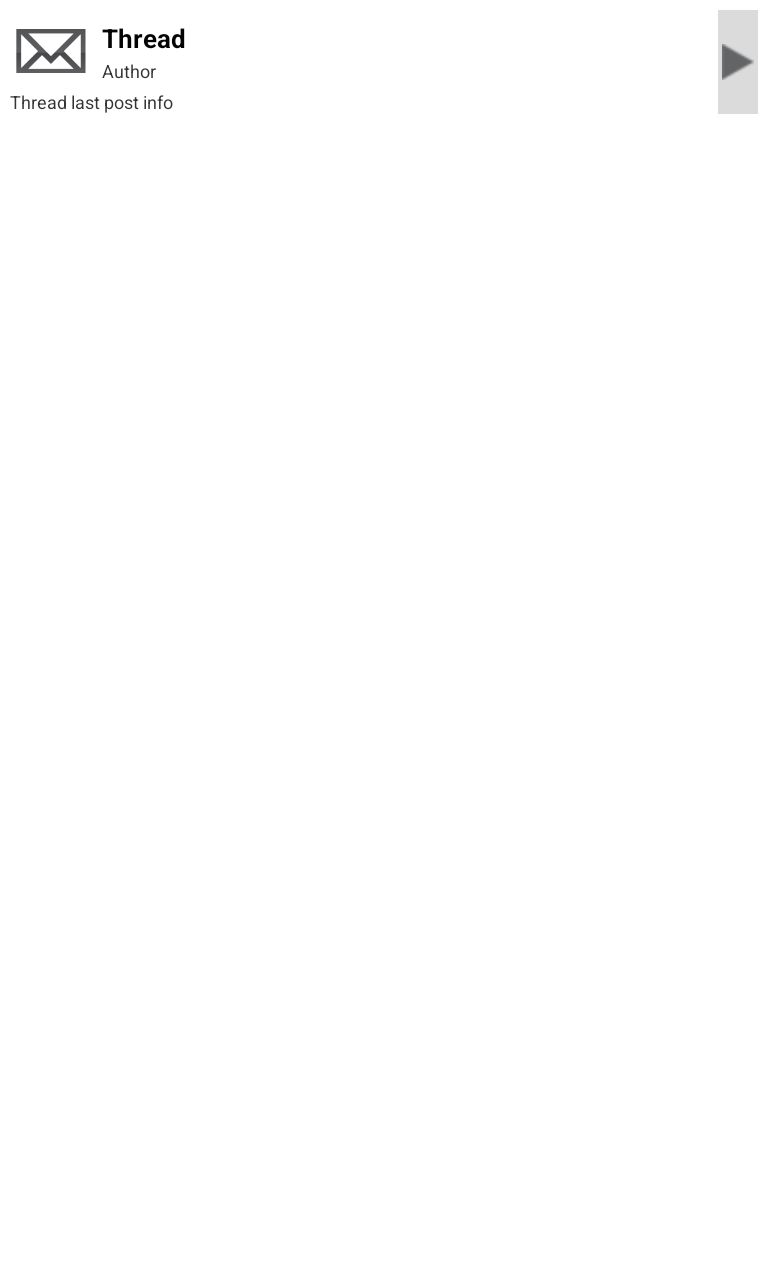
Repository: epson121/forumhr_mobile
Layout: TopicsActivity/res/layout/copy_threads_list_row.xml
An editor plug-in stored every save of this project. The layout is shown before and after the next save, followed by the edit.
It is drawn on a 768 x 1280 px phone screen (xhdpi) without system bars, with theme AppTheme; the app's code is not run.

Above is the layout before, as saved 2013-02-24 16:03:39.

After the next save:
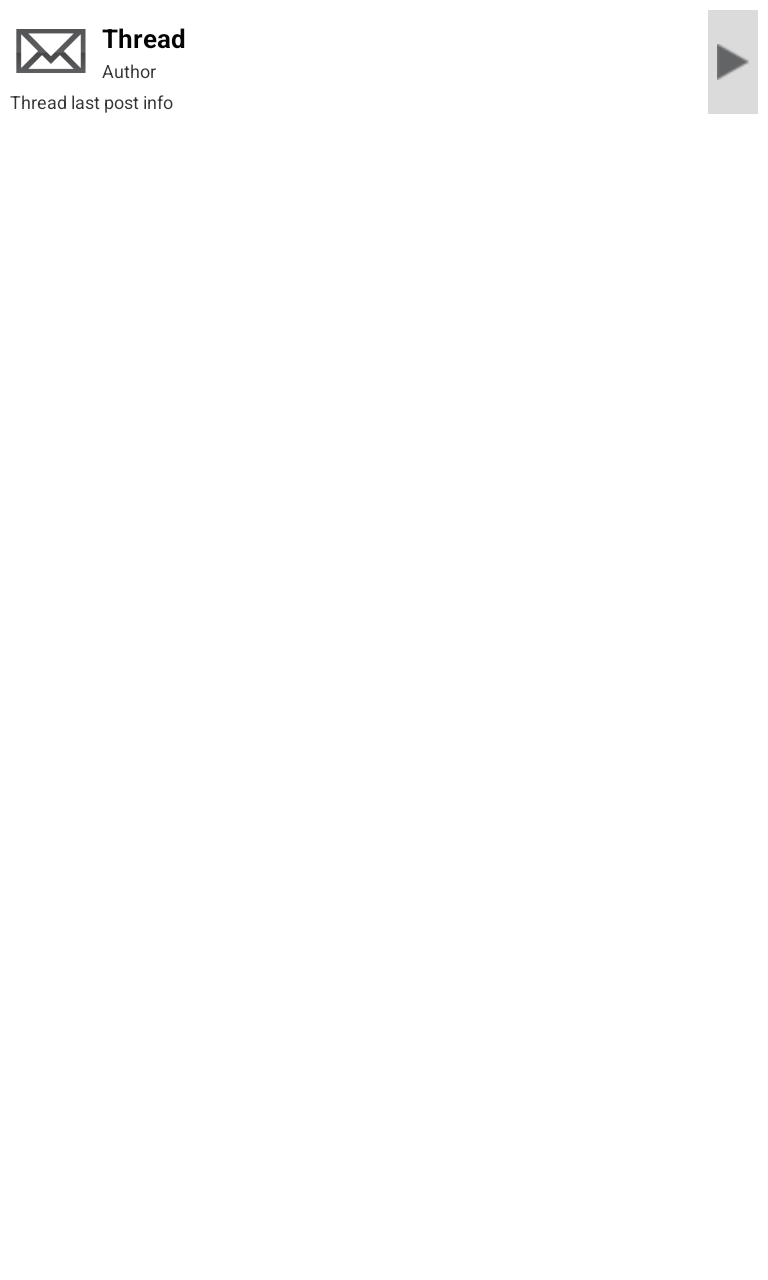
Saved 13 s later.
--- a/TopicsActivity/res/layout/copy_threads_list_row.xml
+++ b/TopicsActivity/res/layout/copy_threads_list_row.xml
@@ -75,7 +75,7 @@
 
      <ImageButton
          android:id="@+id/thread_go_to_page"
-         android:layout_width="20dp"
+         android:layout_width="25dp"
          android:layout_height="match_parent"
          android:layout_alignBottom="@+id/thread_last_post_info"
          android:layout_alignParentRight="true"
